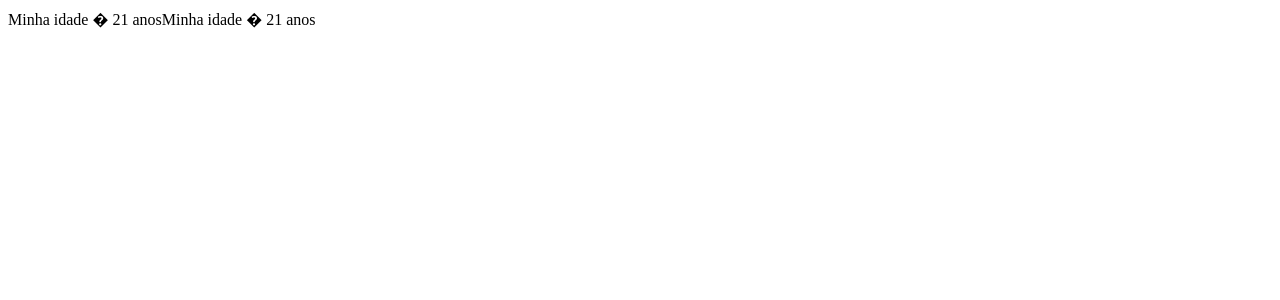
Repository: jpaulopd/PHP
Page: http://localhost/strings.php
The author's editor kept a copy of each file at every save. The page is drawn from the files as they stood at one save, then again after the next save.
The browser window is 1280 px wide. The pictures show the whole page.
The page is run by PHP 8.4 with error messages shown; the project is at /var/www/html/.

Above is the page before, as saved 2019-05-22 12:51:57.

### eclipsePhp-workspace/php-primeiros-passos/strings.php
<?php

$idade = 21;

echo 'Minha idade é ' . $idade . ' anos' ;

echo "Minha idade é  $idade  anos" ;

After the next save:
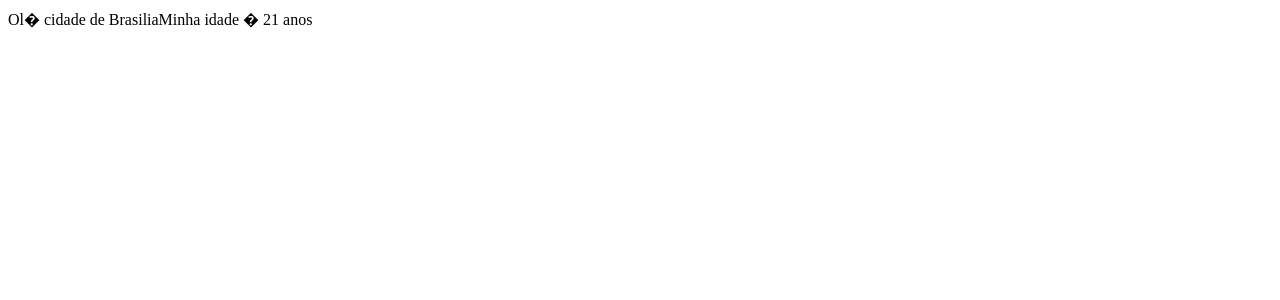
Saved 53 s later.
--- a/eclipsePhp-workspace/php-primeiros-passos/strings.php
+++ b/eclipsePhp-workspace/php-primeiros-passos/strings.php
@@ -1,7 +1,8 @@
 <?php
 
+$cidade = "Brasilia";
 $idade = 21;
 
-echo 'Minha idade é ' . $idade . ' anos' ;
+echo 'Olá cidade de ' . $cidade ;
 
 echo "Minha idade é  $idade  anos" ;
